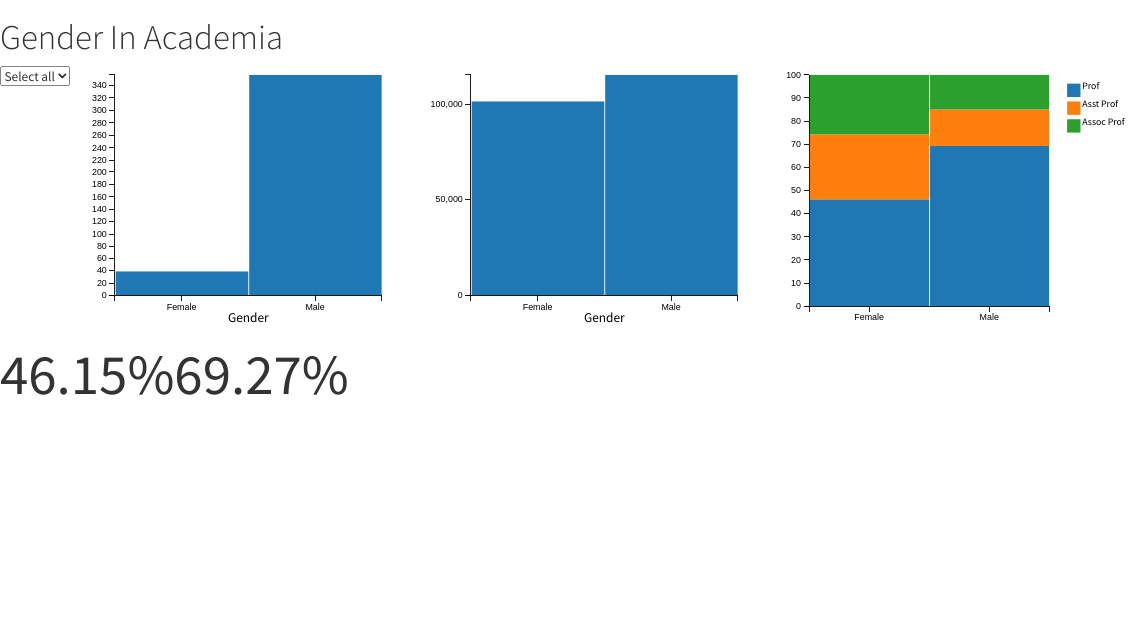
Repository: adonegan/dashboard
Page: index.html
The author's editor kept a record of every edit. The page is drawn from the files as they stood at one moment, then again after the next edit.
The browser window is 1280 px wide. The pictures show the whole page, at 89% of full size.

Above is the page before.
Console error: TypeError: Cannot read properties of null (reading 'textContent')

After the next edit:
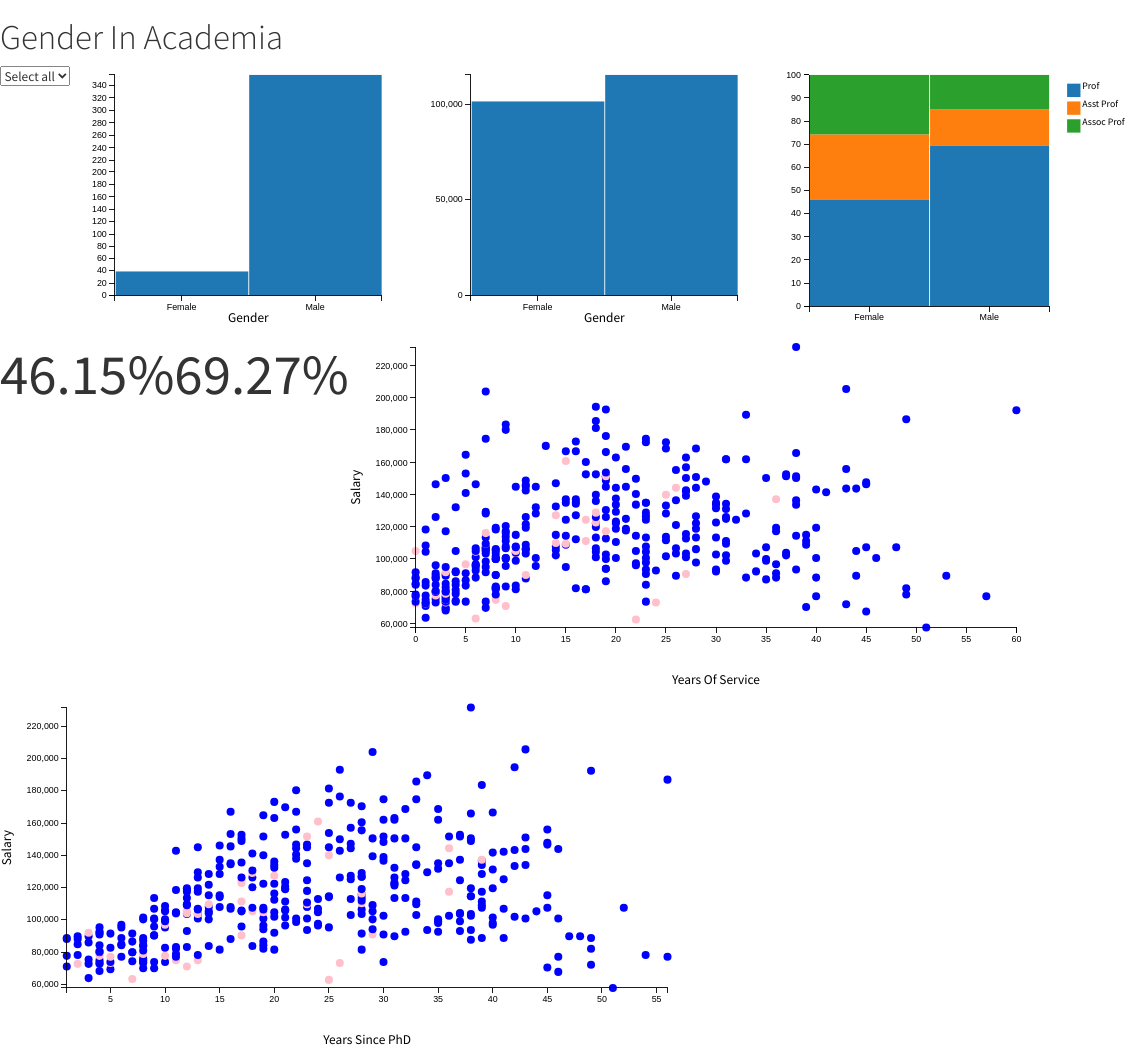
The error is gone.
The edit:
--- a/index.html
+++ b/index.html
@@ -31,5 +31,9 @@
     <div class="number-box" id="percent-of-women-professors"></div>
     <div class="number-box" id="percent-of-men-professors"></div>
 
+    <div id="service-salary"></div>
+
+    <div id="phd-salary"></div>
+
 </body>
 </html>
